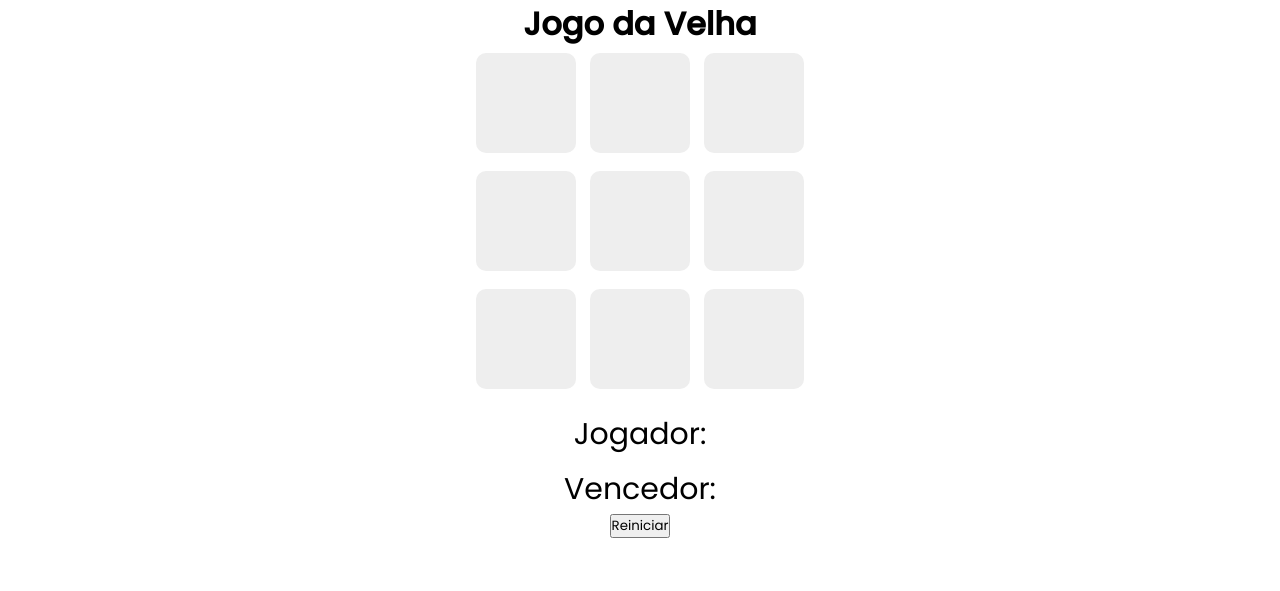
Repository: guilhermecardoso93/jogodavelha
Page: index.html
An editor plug-in stored every save of this project. The page is shown before and after the next save, followed by the edit.
The browser window is 1280 px wide. The pictures show the whole page.

Above is the page before, as saved 2023-05-31 21:41:03.

After the next save:
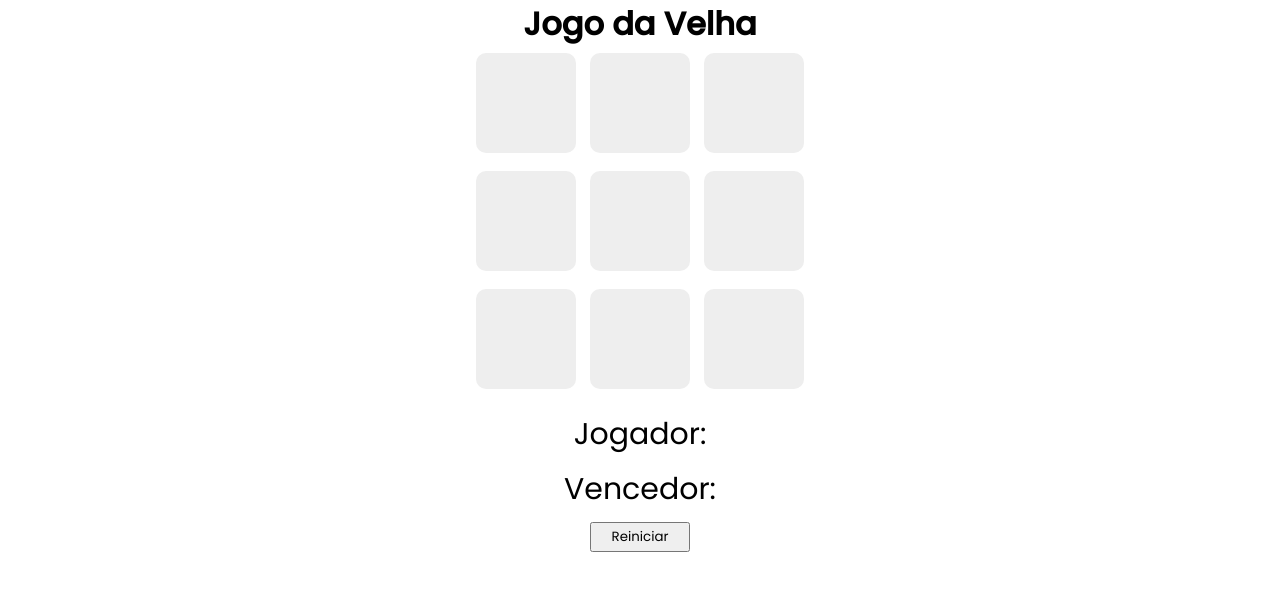
Saved 76 s later.
--- a/styles.css
+++ b/styles.css
@@ -30,3 +30,9 @@ body {
   font-size: 30px;
   margin-top: 10px
 }
+
+button {
+  width: 100px;
+  height: 30px;
+  margin-top: 10px;
+}
